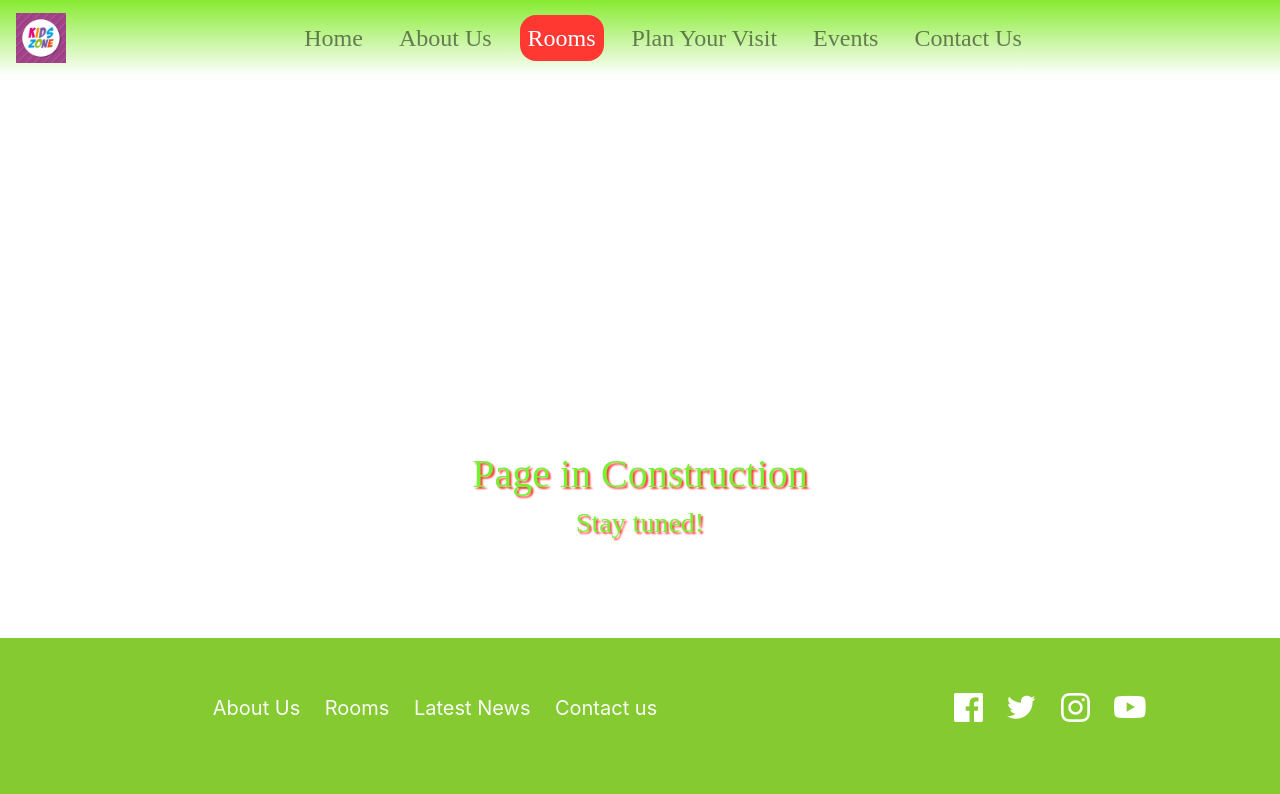
Repository: Code-Institute-Submissions/my-first-frontend-milestone-project
Page: rooms.html
The author's editor kept a record of every edit. The page is drawn from the files as they stood at one moment, then again after the next edit.
The browser window is 1280 px wide. The pictures show the whole page.
Some web fonts or font styles are not loaded; a fallback is used.

Above is the page before.

### rooms.html
<!DOCTYPE html>
<html lang="en">

<head>
    <meta charset="UTF-8">
    <meta name="viewport" content="width=device-width, initial-scale=1.0">
    <meta http-equiv="X-UA-Compatible" content="ie=edge">
    <script src="https://code.jquery.com/jquery-3.3.1.slim.min.js" integrity="sha384-q8i/X+965DzO0rT7abK41JStQIAqVgRVzpbzo5smXKp4YfRvH+8abtTE1Pi6jizo" crossorigin="anonymous"></script>
    <script src="https://cdnjs.cloudflare.com/ajax/libs/popper.js/1.14.7/umd/popper.min.js" integrity="sha384-UO2eT0CpHqdSJQ6hJty5KVphtPhzWj9WO1clHTMGa3JDZwrnQq4sF86dIHNDz0W1" crossorigin="anonymous"></script>
    <link rel="stylesheet" href="https://stackpath.bootstrapcdn.com/bootstrap/4.3.1/css/bootstrap.min.css" integrity="sha384-ggOyR0iXCbMQv3Xipma34MD+dH/1fQ784/j6cY/iJTQUOhcWr7x9JvoRxT2MZw1T" crossorigin="anonymous">
    <script src="https://stackpath.bootstrapcdn.com/bootstrap/4.3.1/js/bootstrap.min.js" integrity="sha384-JjSmVgyd0p3pXB1rRibZUAYoIIy6OrQ6VrjIEaFf/nJGzIxFDsf4x0xIM+B07jRM" crossorigin="anonymous"></script>
    <link rel="stylesheet" href="https://maxcdn.bootstrapcdn.com/font-awesome/4.7.0/css/font-awesome.min.css" type="text/css" />
    <link rel="stylesheet" href="css/style.css">
    <title>KiddosSpot</title>
</head>

<body>
    <header>
        <!-- Used Bootstrap for basic nav. EGB -->
        <nav class="navbar fixed-top navbar-light
         navbar-expand-lg  navbar-fixed-top navstyle">
            <a class="navbar-brand" href="#">
           <img src="./images/logo.jpg" width="50" height="50" alt="">
          </a>
            <button class="navbar-toggler" type="button" data-toggle="collapse" data-target="#navbarSupportedContent" aria-controls="navbarSupportedContent" aria-expanded="false" aria-label="Toggle navigation">
              <span class="navbar-toggler-icon"></span>
          </button>
            <div class="collapse navbar-collapse" id="navbarSupportedContent">
                <ul class="nav navbar-nav mr-auto" style=" margin: 0 auto;">
                    <li class="nav-item">
                        <a class="nav-link" href="index.html">Home <span class="sr-only">(current)</span></a>
                    </li>
                    <li class="nav-item">
                        <a class="nav-link about-menu" href="about.html">About Us</a>
                    </li>
                    <li class="nav-item active3">
                        <a class="nav-link" href="rooms.html">Rooms</a>
                    </li>
                    <li class="nav-it0em">
                        <a class="nav-link" href="planyourvisit.html">Plan Your Visit</a>
                    </li>
                    <li class="nav-item">
                        <a class="nav-link" href="events.html">Events</a>
                    </li>
                    <li class="nav-item">
                        <a class="nav-link" href="contact.html">Contact Us</a>
                    </li>
            </div>
        </nav>
    </header>

    <section>
        <!-- Bootstrap grid approach for columns -->
        <div class="container-fluid">
            <div class="row">
                <div class="col-12 banner-pic" style="height:400px;"> </div>
            </div>
            <div class="row">
                <div class="col-12 subtitle">
                    <h2>Page in Construction</h2>
                    <h3>Stay tuned!</h3>
                </div>
            </div>
        </div>
        <!-- container fluid -->
    </section>
    <footer class="container-fluid">
        <div id="footer-details" class="row">
            <div class="col-sm-8">
                <nav id="menu-widget-2">
                    <ul>
                        <li>
                            <a href="about.html">About Us</a></li>
                        <li>
                            <a href="rooms.html">Rooms</a></li>
                        <li>
                            <a href="news.html">Latest News</a></li>
                        <li>
                            <a href="contact.html">Contact us</a></li>
                    </ul>
                </nav>
            </div>
            <div id="social-media" class="col-sm-4">
                <a href="#" target="_blank">
                        <img src="./images/facebook.png">
                </a>
                <a href="#" target="_blank">
                        <img src="./images/twitter.png">
                </a>
                <a href="#" target="_blank">
                        <img src="./images/instagram.png">
                </a>
                <a href="#" target="_blank">
                        <img src="./images/youtube.png">
                </a>
            </div>
        </div>
    </footer>
</body>

</html>

### css/style.css
/*@import url('https://fonts.googleapis.com/css?family=Roboto:100,200,300,400,500,600,700|Exo:100,200,300,400,500,600,700');*/
@import url('https://fonts.googleapis.com/css?family=Salsa&effect=shadow-multiple&display:100,200,300,400,500,600,700');


hr {
   margin-top: 20px;
   margin-bottom: 20px;
   border: 0;
   border-top: 1px solid #eee;
 }


.navstyle{
  background-image:linear-gradient(#87EB31, white);
}


/* might need to add mouse-click evet  to keep it purple*/
.navbar-toggler{
  border: 1px solid #AB6BFF !important;
}


/* Style the text of the menu */
.navbar .nav > li > a{
font-family: 'Salsa', cursive;
font-size: 1.5em;
font-weight: normal;
padding: 5px 40px;
margin-right: 20px;
}

/* Menu Hower Style. Overridding Bootstrap's*/
.navbar-nav .nav-item.active .nav-link {
 background-color:#87EB31; /*green*/
 border-radius: 16px;
 color: white;
}

/* Menu Hower Style. Overridding Bootstrap's*/
.navbar-nav .nav-item.active2 .nav-link {
 background-color:#AB6BFF; /*purple*/
 border-radius: 16px;
 color: white;
}

/* Menu Hower Style. Overridding Bootstrap's*/
.navbar-nav .nav-item.active3 .nav-link {
 background-color:#FF3932 ; /*red*/
 border-radius: 16px;
 color: white;
}

/* Menu Hower Style. Overridding Bootstrap's*/
.navbar-nav .nav-item.active4 .nav-link {
 background-color: #FF9F30; /*orange*/
 border-radius: 16px;
 color: white;
}

/* Menu Hower Style. Overridding Bootstrap's*/
.navbar-nav .nav-item.active5 .nav-link {
 background-color: #FF3932; /*red*/
 border-radius: 16px;
 color: white;
}

/* Menu Hower Style. Overridding Bootstrap's*/
.navbar-nav .nav-item.active6 .nav-link {
 background-color: #00BCE4;  /*teal*/
 border-radius: 16px;
 color: white;
}


/* Smooth delay on menu hovering */
.nav-link {
     transition: all 250ms ease-in-out;
}

.navbar-nav .nav-item:hover .nav-link  {
 background-color:#87EB31; /*green*/
 border-radius: 16px;
 color: white;
}

.navbar-nav .nav-item:nth-child(2):hover .nav-link  {
 background-color: #AB6BFF; /*purple*/
 border-radius: 16px;
 color: white;
}

.navbar-nav .nav-item:nth-child(3):hover .nav-link  {
 background-color: #FF3932; /*bright red*/
 border-radius: 16px;
 color: white;
}

.navbar-nav .nav-item:nth-child(4):hover .nav-link  {
 background-color: #FF9F30; /*orange*/
 border-radius: 16px;
 color: white;
}

.navbar-nav .nav-item:nth-child(5):hover .nav-link  {
 background-color: #FF3932;
 border-radius: 16px;
 color: white;
}

.navbar-nav .nav-item:nth-child(6):hover .nav-link  {
 background-color: #00BCE4;  /*teal*/
 border-radius: 16px;
 color: white;
}


/**** Banner images****/

.banner-home {
  height: 40vh;
  background: url("../images/banner-home.jpg") no-repeat center center;
  -webkit-background-size: cover;
  -moz-background-size: cover;
  -o-background-size: cover;
  background-size: cover;
  margin-bottom: 50px;
  margin-top: 30px;
}

.banner-center {
  height: 40vh;
  background: url("../images/happy-kids.jpg") no-repeat center center;
  -webkit-background-size: cover;
  -moz-background-size: cover;
  -o-background-size: cover;
  background-size: cover;
  margin-bottom: 50px;
  margin-top: 30px;
}


.banner-about-us {
  height: 40vh;
  background: url("../images/about-us.jpg") no-repeat center center;
  -webkit-background-size: cover;
  -moz-background-size: cover;
  -o-background-size: cover;
  background-size: cover;
}

.about-us-banner-center {
  height: 40vh;
  background: url("../images/about-us.jpg") no-repeat center center;
  -webkit-background-size: cover;
  -moz-background-size: cover;
  -o-background-size: cover;
  background-size: cover;
}

.banner-your-visit {
  height: 40vh;
  background: url("../images/plan-your-visit.jpg") no-repeat center center;
  -webkit-background-size: cover;
  -moz-background-size: cover;
  -o-background-size: cover;
  background-size: cover;
}

.banner-events {
  height: 40vh;
  background: url("../images/events.jpg") no-repeat center center;
  -webkit-background-size: cover;
  -moz-background-size: cover;
  -o-background-size: cover;
  background-size: cover;
}

.banner-contact-us {
  height: 40vh;
  background: url("../images/contact-us.jpg") no-repeat center center;
  -webkit-background-size: cover;
  -moz-background-size: cover;
  -o-background-size: cover;
  background-size: cover;
}

.banner-rooms {
  height: 40vh;
  background: url("../images/rooms.jpg") no-repeat center center;
  -webkit-background-size: cover;
  -moz-background-size: cover;
  -o-background-size: cover;
  background-size: cover;
}

/********* Home Page **********/

.maintitle {
  padding: 70px 20px 20px;
  color: #76F134; /* green*/
  font-family: 'Salsa', cursive;
  text-shadow: 3px 3px 3px #FF3932;
  animation-name: headingline;
  animation-duration: 4s;
  text-align: center;
}

/* Add animation to the heading*/
@keyframes headingline {
  0%   {color:#FF3932;}
  25%  {color:#AB6BFF;}
  50%  {color:#FF9F30;}
  75%  {color:#87EB31;}
  100% {color:#00bce4;}
}

.uppercase {
    text-transform: uppercase;
}

.main-text-wrapper{
    width:100%;
    margin:15px auto;
    text-align: center;
}

.main-image-wrapper{
    width:100%;
    margin:15px auto;
    text-align: center;
}

.subtitle{
    font-family: 'Salsa', cursive;
    font-weight: 200;
    margin-top: 20px;
    text-align: center;
    padding: 30px 0px;
    color: #76F134;
    text-shadow: 2px 2px 2px #FF3932;
}

.subtitle-about{
    font-family: 'Salsa', cursive;
    font-weight: 200;
    margin-top: 20px;
    text-align: center;
    padding: 30px 0px;
    color: #AB6BFF; /*#76F134;*/
    text-shadow: 2px 2px 2px #FF3932;
}

.subtitle-contact{
    font-family: 'Salsa', cursive;
    font-weight: 200;
    margin-top: 20px;
    text-align: center;
    padding: 30px 0px;
    color:#00bce4;
    text-shadow: 2px 2px 2px #FF3932;
}

/******* Rooom Gallery *******/

.gallery{
   margin:auto;
   text-align: center;
}

.gallery ul {
    display: inline-block;
    padding-bottom: 25px;
    padding-left:0px;
}

.gallery ul > li {
    position: relative;
    display: inline-block;
    min-height: 250px;
    width: auto;
    margin: 8px 1px 8px 0px;
    border: 1px solid #76F134;
    clear:both;
    border-radius: 25px;
    padding:0px;
}

.gallery_caption {
    position: relative;
    background-color:#76F134; /*green*/
    color: #fafafa;
    min-height: 40px;
    width:auto;
    padding-top: 10px;
    text-align: center;
    opacity: .95;
    border-bottom-left-radius:25px;
    border-bottom-right-radius:25px;
}

.gallery-btn{
    display:block;
    text-align: center;
    background:#76F134;
    background-size:cover;
    color:rgba(0,0,0,.5);
    font-weight: bold;
    font-size: 20px;
    letter-spacing: 3px;
    padding-top:20px;
    padding-bottom: 20px;
    text-transform: uppercase;
    text-decoration: none;
    font-family: 'Salsa', cursive;
    margin-bottom:40px;
}

.gallery-btn:hover {
    background:#AB6BFF;
    color:white;
    text-decoration: none;
}

.room1  img, .room2 img, .room3 img, .room4 img {
    border-top-left-radius:25px;
    border-top-right-radius:25px;
}

/* Transform effect code taken from Avada's theme */
.room1:hover, .room2:hover, .room3:hover, .room4:hover {
    -webkit-transform: perspective(1000px) scale(1.03);
    transform: perspective(1000px) scale(1.03);
    box-shadow: 0 0 10px #87EB31;; /*#333 */
    -webkit-box-shadow: 0 0 10px #87EB31;;
    -moz-box-shadow: 0 0 10px #87EB31;;
    -o-box-shadow: 0 0 10px #87EB31;;
    -ms-box-shadow: 0 0 10px #87EB31;;
}


/****** Business Highlights ****/

.text-container{
    float:left;
    width:100%;
    text-align: center;
    margin:10px auto;
}

#science, #sports, #arts, #games  {
    border: 2px solid #76F134;
    border-radius: 50px;
    color:white;
    padding:30px;
}

#science {
  background-color:#FF3932;
}
#sports {
    background-color:#AB6BFF;
}
#arts {
    background-color:#FF9F30;
}
#games {
    background-color:#00bce4;
}

/**************Theme of the month *************/

/* Built gradiente background code with: https://cssgradient.io/gradient-backgrounds/ using the colors from my website*/
.theme-wrapper {
    background-color: #ff9f30;
    background-image: linear-gradient(209deg, #ff9f30 0%, #ff3232 24%, #ab6bff 49%, #76f134 75%, #00bce4 100%);
    background-size: cover;
    padding: 20px;
    color:#fafafa;
    font-size: larger;
    margin:20px auto;
}

.theme-subtitle-wrapper {
    font-family: 'Salsa', cursive;
    font-weight: 200;
    text-align: center;
    color: #fafafa;
    padding-top: 10px;
}

.theme-pic-wrapper {
    display: flex;
    align-items: center;
    flex-direction: column;
    justify-content: center;
    overflow:hidden;
}

.theme-text-wrapper {
    padding:10px;
}

/************ About Us Page *************/

.about-title {
    padding: 50px 0px 30px;
    text-align: center;
}

.about-image {
    padding: 20px;
    text-align: center;
    margin:auto;
}

.about-text{
    padding:20px 60px 10px 60px;
}


 /**** Timeline section *****/
 /* This code was taken from w3 school's website */

/* The actual timeline (the vertical ruler) */
.timeline {
  position: relative;
  max-width: 1068px;
  margin: 0 auto 20px;
}

/* The actual timeline (the vertical ruler) */
.timeline::after {
  content: '';
  position: absolute;
  width: 6px;
  background-color: #6D0ECC; /*purple*/
  top: 0;
  bottom: 0;
  left: 50%;
  margin-left: -3px;
}

/* Container around content */
.container-2 {
  padding: 10px 40px;
  position: relative;
  width: 50%;
}

/* The circles on the timeline */
.container-2::after {
  content: '';
  position: absolute;
  width: 25px;
  height: 25px;
  right: -17px;
  background-color: white;
  border: 4px solid #8812FF; /* purple*/
  top: 15px;
  border-radius: 50%;
  z-index: 1;
}

/* Place the container to the left */
.left {
  left: 0;
}

/* Place the container to the right */
.right {
  left: 50%;
}

/* Add arrows to the left container (pointing right) */
.left::before {
  content: " ";
  height: 0;
  position: absolute;
  top: 22px;
  width: 0;
  z-index: 1;
  right: 30px;
  border: medium solid #87EB31;
  border-width: 10px 0 10px 10px;
  border-color: transparent transparent transparent #87EB31;
}

/* Add arrows to the right container (pointing left) */
.right::before {
  content: " ";
  height: 0;
  position: absolute;
  top: 22px;
  width: 0;
  z-index: 1;
  left: 30px;
  border: medium solid #87EB31;
  border-width: 10px 10px 10px 0;
  border-color: transparent #87EB31 transparent transparent;
}

/* Fix the circle for containers on the right side */
.right::after {
  left: -12px; /*-16px*/
}

/* Fix the circle for containers on the right side */
.left::after {
  right: -13px;
}

/* The actual content */
.content {
  padding: 20px 30px;
  background-color: #87EB31; /*==> green */
  position: relative;
  border-radius: 6px;
}


/* Media queries - Responsive timeline on screens less than 600px wide */
@media screen and (max-width: 600px) {
/* Place the timelime to the left */
  .timeline::after {
    left: 31px;
  }

/* Full-width containers */
  .container-2 {
    width: 100%;
    padding-left: 70px;
    padding-right: 25px;
  }

/* Make sure that all arrows are pointing leftwards */
  .container-2::before {
    left: 60px;
    border: medium solid #87EB31;
    border-width: 10px 10px 10px 0;
    border-color: transparent #87EB31 transparent transparent;
  }

/* Make sure all circles are at the same spot */
  .left::after, .right::after {
    left: 15px;
  }

/* Make all right containers behave like the left ones */
  .right {
    left: 0%;
  }
}



/**** What Parents Are Saying section *****/

.quote {
    text-align: center;
    width:90%;
    height:auto;
    color: inherit;
    display:inline-block;
    padding-top:10px;
    padding-bottom:10px;
    margin: 0 1% 0 1%;
 }

.border {
 position: absolute;
 border: .5px solid grey !important;
 width: 40%;
 left:25%;
 }

.customer-review {
    display: block;
    padding: 25px;
    line-height: 30px;
    font-size: 18px;
    text-align: center;
    letter-spacing: 2px;
    font-style: italic;
 }

.review-author {
    margin-top: 25px;
    font-size: 18px;
    text-align: center;
    letter-spacing: 2px;
    text-transform:uppercase;
 }

.dotted-separator{
    border-color: #fb6667;
    border-width: 5px;
    margin:30px auto 30px;
    width: 100%;
    max-width: 50%;
    border-top-style: dotted;
 }


/************* Contact us page *************/

.contact-form-wrapper {
    width: 60%;
    margin: auto;
 }

.first-name{
    width:100%;
    display:inline-block;
    padding-right: 1%;
 }

.last-name{
   width:100%;
   display:inline-block;
}

.text-area{
   padding: 30px;
   margin: 6px 0 4px;
 }

.form-control{
   background: #fafafa;
 }

.btn-submit{
   background: #00bce4;
   color: white;
   text-transform: uppercase;
   font-weight:700;
 }

.btn-submit:hover {
   background: #FF3932;
 }

.location-wrapper {
   margin-top: 30px;
   margin-bottom: 30px;
   text-align: center;
 }

.phone-wrapper, .email-wrapper  {
   float:left;
   width:49%;
   text-align: center;
   margin:auto;
 }

.email-wrapper {
   padding-left: 1%;
 }

/***************  Footer *****************/

/* Style footer section */
footer {
   background-color: #85CA30;
   color: #fafafa;
   min-height: 100px;
   margin-top: 60px;
 }

#footer-details {
   padding: 25px;
 }

#menu-widget-2 ul {
   text-align:center;
   padding:20px;
   display:block;
 }

#menu-widget-2 li {
   display: inline-block;
   font-size: 20px;
   padding: 10px;
 }

#menu-widget-2 li a {
   color:inherit;
}

#menu-widget-2 li a:hover{
    opacity: .8;
    text-decoration: none;
 }

#social-media{
    text-align:center;
    padding:20px;
    display: block;
}

#social-media a {
    padding: 10px;
    display: inline-block;
 }

#social-media a:hover{
    opacity: .8;
 }


/******** Media Queries *******/

@media only screen and (min-width: 768px)  {
  h1{
    font-size: 50px;
  }

  h2{
    font-size: 40px;
  }

.about-text{
  padding: 20px 80px 20px 80px;
  display:inline-block;
}

.border {
  position:absolute;
  display:block;
  border: .4px solid grey !important;
  height: 70%;
  width: 0;
  left:95%;
  right:0;
  top:15%;
  padding:0;
 }

.subtitle-theme {
   text-align: center;
   color: #76F134;
   padding:5px 5px 0px 0px;
 }

.banner-home, .banner-center, .banner-contact-us, .banner-about-us,
.banner-your-visit, .banner-events, .banner-rooms{
    height: 75vh;
 }

.first-name, .last-name{
    width:49.5%;
 }
}

/****** iPad only ******/
@media only screen and (min-width: 768px) and (max-width:1024px){

.gallery ul {
     padding-left:0px;
 }

.gallery ul > li {
     margin: 15px;
 }

.theme-wrapper {
      padding:20px;
  }
}

@media only screen and (min-device-width : 768px) and (max-device-width : 900px){

.text-container{
    width:40%;
    margin:10px 10px 10px 43px;
 }

.theme-wrapper {
      padding:20px;
  }
}


/***** Desktop only ******/

@media only screen and (min-width: 1024px){

.main-text-wrapper{
   width:45%;
   position: relative;
   top:-70px;
   display: inline-block;
   margin: 15px 15px 15px 30px;
   padding-left: 20px;
}

.main-image-wrapper {
   width:45%;
   display: inline-block;
   position: relative;
   overflow: hidden;
   margin:15px 15px 15px 30px;
}

.text-container{
    width:40%;
    margin: 10px 40px 10px 50px;
 }

.gallery ul {
     padding-left:0px;
 }

.gallery ul > li {
     margin: 8px;
 }
}

After the next edit:
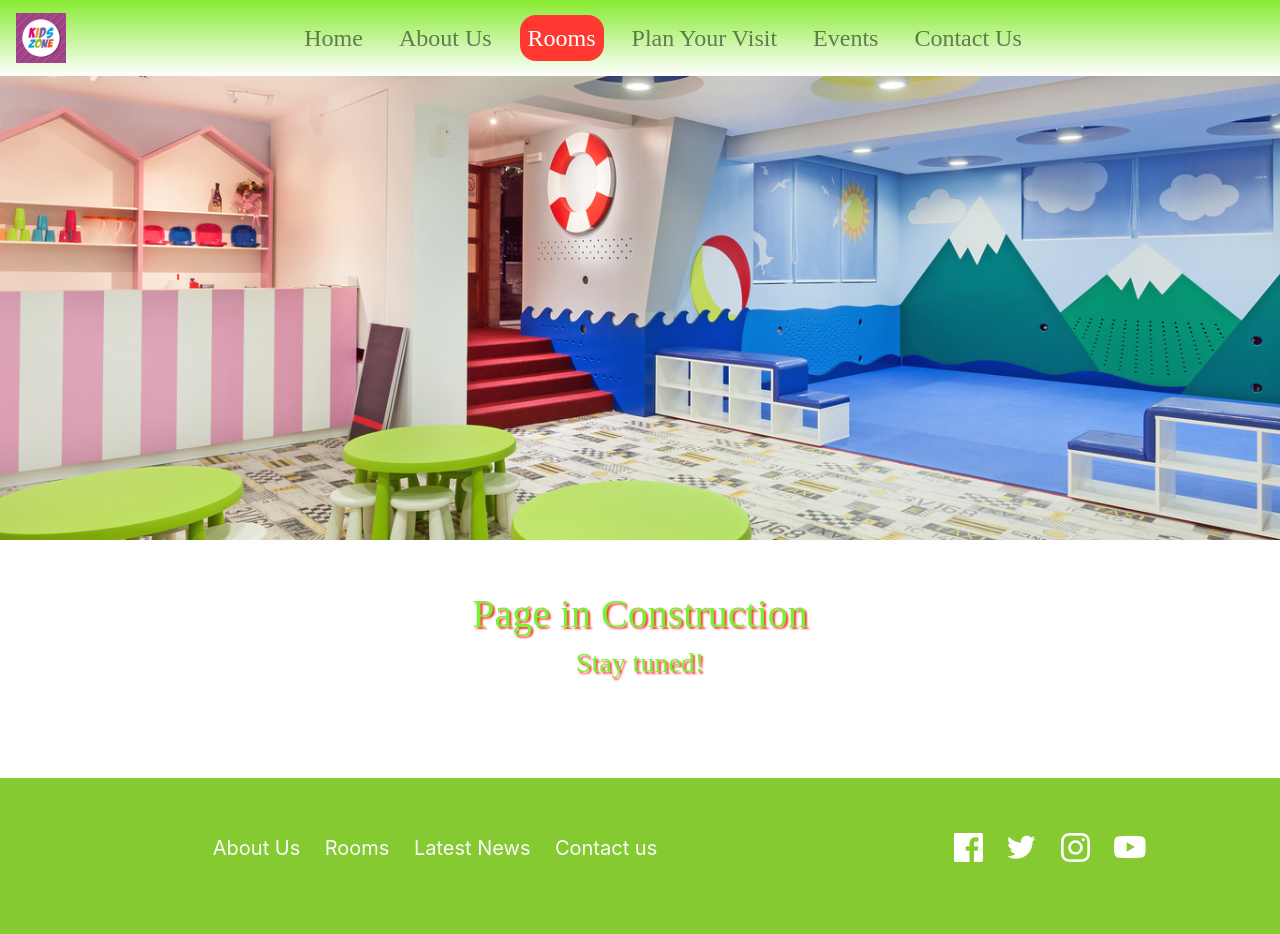
The edit:
--- a/rooms.html
+++ b/rooms.html
@@ -53,7 +53,7 @@
         <!-- Bootstrap grid approach for columns -->
         <div class="container-fluid">
             <div class="row">
-                <div class="col-12 banner-pic" style="height:400px;"> </div>
+                <div class="col-12 banner-rooms"> </div>
             </div>
             <div class="row">
                 <div class="col-12 subtitle">
